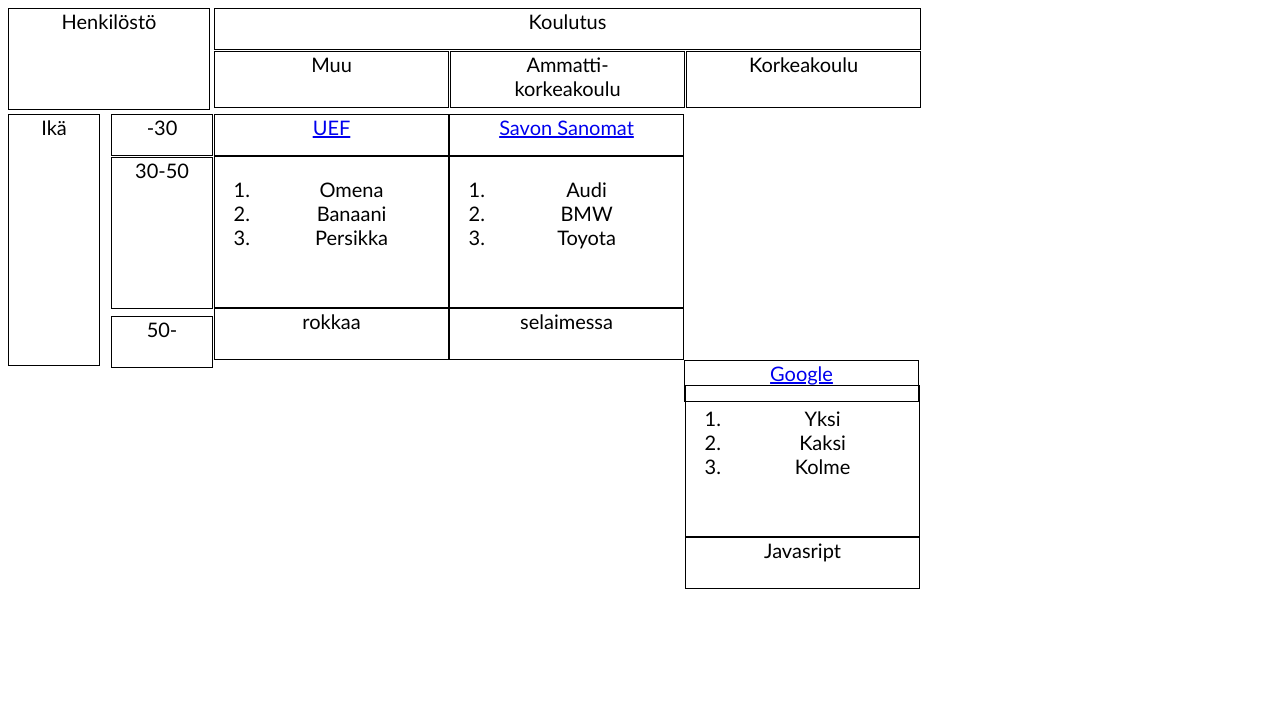
Repository: Niina-Maria/tehtavat-12-17-Niina-Maria2
Page: teht14.html
These files come from the project's save history. The page is drawn as it stood at one moment and after the next save; the edit follows.
The browser window is 1280 px wide. The pictures show the whole page.

Above is the page before, as saved 2024-11-18 15:08:40.

### teht14.html
<!DOCTYPE html>
<html>
    <head><link rel="stylesheet" href="teht14.css"></head>
    <body>
        <div class="grid-container">

                <div class="header">Henkilöstö</div>
                <div class="header2">Koulutus</div>

                <div class="main">Muu</div>
                <div class="main2">Ammatti-<br>korkeakoulu</div>
                <div class="main3">Korkeakoulu</div>


                <div class="navMain">Ikä</div>
                <div class="navMain2">-30</div>
                <div class="navMain3">30-50</div>
                <div class="navMain4">50-</div>

                <div>
                <div class="main4"><a href="www.google.com">Google</a></dive>
                <div class="main7">
                    <ol>
                        <li>Yksi</li>
                        <li>Kaksi</li>
                        <li>Kolme</li>
                    </ol>
                </div>
                <div class="footer">Javasript</div>
                </div>

                <div>
                <div class="main5"><a href="https://www.uef.fi/fi">UEF</a></div>
                <div class="main8">
                    <ol>
                    <li>Omena</li>
                    <li>Banaani</li>
                    <li>Persikka</li>
                </ol>
                </div>
                <div class="footer2">rokkaa</div>
            </div>
            <div>

                <div class="main6"><a href="https://www.savonsanomat.fi/">Savon Sanomat</a></div>
                <div class="main9">
                    <ol>
                        <li>Audi</li>
                        <li>BMW</li>
                        <li>Toyota</li>
                    </ol>
                </div>
                <div class="footer3">selaimessa</div>
            </div>





             <!--    <div class="main7">
                    <ol>
                        <li>Yksi</li>
                        <li>Kaksi</li>
                        <li>Kolme</li>
                    </ol>
                </div> -->

               <!--  <div class="main8">
                    <ol>
                    <li>Omena</li>
                    <li>Banaani</li>
                    <li>Persikka</li>
                </ol>
                </div> -->


          <!--       <div class="main9">
                    <ol>
                        <li>Audi</li>
                        <li>BMW</li>
                        <li>Toyota</li>
                    </ol>
                </div> -->


                <!-- <div class="footer">Javasript</div> -->
                <!-- <div class="footer2">rokkaa</div> -->
                <!-- <div class="footer3">selaimessa</div>    -->
            </div>


        </body>
    </html>



            <!-- <tr>
                <tr>
                    <th rowspan="6">Ikä</th>
                    <th >-30</th>
                    <td><a href="www.google.com">Google</a></td>
                    <td><a href="https://www.uef.fi/fi">UEF</a></td>
                    <td><a href="https://www.savonsanomat.fi/">Savon Sanomat</a></td>
                </tr>
                <tr>
                    <th>30-50</th>
                    <td>
                        <ol>
                            <li>Yksi</li>
                            <li>Kaksi</li>
                            <li>Kolme</li>
                        </ol>
                    </td>
                    <td>
                        <ol>
                            <li>Omena</li>
                            <li>Banaani</li>
                            <li>Persikka</li>
                        </ol>
                    </td>
                    <td>
                        <ol>
                            <li>Audi</li>
                            <li>BMW</li>
                            <li>Toyota</li>
                    </ol>
                    </td>
                </tr>

                <tr>
                    <th>50-</th>
                    <td style="font-size:30px; "><strong><em>Javascript</em></strong></td>
                    <td style="font-size:30px; "><strong><em>rokkaa</em></strong></td>
                    <td style="font-size:30px; "><strong><em>selaimessa</em></strong></td>
                </tr>
            </tr> -->

### teht14.css

.grid-container{
    display: grid;
    width: 75%;
    grid-template-columns: 100px 100px 233px 233px 233px;
    grid-template-areas:
    "header header header2 header2 header2"
    "header header main main2 main3"
    "navMain navMain2 main4 main5 main6"
    "navMain navMain3 main7 main8 main9"
    "navMain navMain3 main7 main8 main9"
    "navMain navMain3 main7 main8 main9"
    "navMain navMain4 footer footer2 footer3";
    grid-template-rows: 40px 60px 40px 50px 50px 50px 50px;
    gap: 3px;

    }

.grid-container > div {
    text-align: center;
    font-size: 20px;
    display: grid;
    }

.header {
    grid-area: header;
    grid-column: 1/span2;
    grid-row: 1/span 2;
    border-width: 1px;
    border-style: solid;
    font-size: 20px;
    font-family: 'Gill Sans', 'Gill Sans MT', Calibri, 'Trebuchet MS', sans-serif;
    font-style: bold;
    text-align: center;
    height: 100px;
    width: 200px;
    }

.header2 {
    grid-area: header2;
    grid-column: 3/span 3;
    grid-row: 1/span 1;
    font-size: 20px;
    font-family: 'Gill Sans', 'Gill Sans MT', Calibri, 'Trebuchet MS', sans-serif;
    font-style: bold;
    text-align: center;
    border-width: 1px;
    border-style: solid;
    width: 100%;
    height: 40px;
    }

.navMain{
    grid-area: navMain;
    grid-column: 1;
    grid-row: 3/span 4;
    font-size: 20px;
    font-family: 'Gill Sans', 'Gill Sans MT', Calibri, 'Trebuchet MS', sans-serif;
    font-style: bold;
    text-align: center;
    width: 90%;
    height: 250px;
    border-width: 1px;
    border-style: solid;
}

.navMain2 {
    grid-area: navMain2;
    grid-column: 2 ;
    grid-row: 3;
    font-size: 20px;
    font-family: 'Gill Sans', 'Gill Sans MT', Calibri, 'Trebuchet MS', sans-serif;
    font-style: bold;
    text-align: center;
    width: 100px;
    height: 40px;
    border-width: 1px;
    border-style: solid;
}


.main{
    grid-area: main;
    grid-column: 3;
    grid-row: 2;
    font-size: 20px;
    font-family: 'Gill Sans', 'Gill Sans MT', Calibri, 'Trebuchet MS', sans-serif;
    font-style: bold;
    text-align: center;
    border-width: 1px;
    border-style: solid;
    height: 55px;
    width: 233px;

}

.main2 {
    grid-area: main2;
    grid-column: 4;
    grid-row: 2;
    font-size: 20px;
    font-family: 'Gill Sans', 'Gill Sans MT', Calibri, 'Trebuchet MS', sans-serif;
    font-style: bold;
    text-align: center;
    border-width: 1px;
    border-style: solid;
    height: 55px;
    width: 233px;
}

.main3{
    grid-area: main3;
    grid-column: 5;
    grid-row: 2;
    font-size: 20px;
    font-family: 'Gill Sans', 'Gill Sans MT', Calibri, 'Trebuchet MS', sans-serif;
    font-style: bold;
    text-align: center;
    border-width: 1px;
    border-style: solid;
    height: 55px;
    width: 233px;
}



.main4 {
    grid-area: main4;
    grid-column: 3 /span 1;
    grid-row: 3;
    font-size: 20px;
    font-family: 'Gill Sans', 'Gill Sans MT', Calibri, 'Trebuchet MS', sans-serif;
    font-style: bold;
    text-align: center;
    border-width: 1px;
    border-style: solid;
    height: 40px;
    width: 233px;
}

.main5{
    grid-area: main5;
    grid-column: 4/span 1;
    grid-row: 3;
    font-size: 20px;
    font-family: 'Gill Sans', 'Gill Sans MT', Calibri, 'Trebuchet MS', sans-serif;
    font-style: bold;
    text-align: center;
    border-width: 1px;
    border-style: solid;
    height: 40px;
    width: 233px;
}
.main6{
    grid-area: main6;
    grid-column: 5/span 1;
    grid-row: 3;
    font-size: 20px;
    font-family: 'Gill Sans', 'Gill Sans MT', Calibri, 'Trebuchet MS', sans-serif;
    font-style: bold;
    text-align: center;
    border-width: 1px;
    border-style: solid;
    height: 40px;
    width: 233px;}


.navMain3 {
        grid-area: navMain3;
        grid-column: 2;
        grid-row: 4/span 3;
        font-size: 20px;
        font-family: 'Gill Sans', 'Gill Sans MT', Calibri, 'Trebuchet MS', sans-serif;
        font-style: bold;
        text-align: center;
        width: 100px;
        height: 150px;
        border-width: 1px;
        border-style: solid;
    }

.main7{
        grid-area: main7;
        grid-column: 3/span 1;
        grid-row: 4/span 3;
        font-size: 20px;
        font-family: 'Gill Sans', 'Gill Sans MT', Calibri, 'Trebuchet MS', sans-serif;
        font-style: bold;
        text-align: center;
        border-width: 1px;
        border-style: solid;
        height: 150px;
        width: 233px;
    }

.main8{
        grid-area: main8;
        grid-column: 4;
        grid-row: 4/span 3;
        font-size: 20px;
        font-family: 'Gill Sans', 'Gill Sans MT', Calibri, 'Trebuchet MS', sans-serif;
        font-style: bold;
        text-align: center;
        border-width: 1px;
        border-style: solid;
        height: 150px;
        width: 233px;
    }


    .main9{
        grid-area: main9;
        grid-column: 5;
        grid-row: 4/span 3;
        font-size: 20px;
        font-family: 'Gill Sans', 'Gill Sans MT', Calibri, 'Trebuchet MS', sans-serif;
        font-style: bold;
        text-align: center;
        border-width: 1px;
        border-style: solid;
        height: 150px;
        width: 233px;
    }

    .navMain4 {
        grid-area: navMain4;
        grid-column: 2/span 1;
        grid-row: 7/span 1;
        font-size: 20px;
        font-family: 'Gill Sans', 'Gill Sans MT', Calibri, 'Trebuchet MS', sans-serif;
        font-style: bold;
        text-align: center;
        width: 100px;
        height: 50px;
        border-width: 1px;
        border-style: solid;
    }
    .footer {
        grid-area: footer;
        grid-column: 3/span 1;
        grid-row: 7/span 1;
        font-size: 20px;
        font-family: 'Gill Sans', 'Gill Sans MT', Calibri, 'Trebuchet MS', sans-serif;
        font-style: bold;
        text-align: center;
        width: 233px;
        height: 50px;
        border-width: 1px;
        border-style: solid;
    }

    .footer2 {
        grid-area: footer2;
        grid-column: 4/span 1;
        grid-row: 7/span 1;
        font-size: 20px;
        font-family: 'Gill Sans', 'Gill Sans MT', Calibri, 'Trebuchet MS', sans-serif;
        font-style: bold;
        text-align: center;
        width: 233px;
        height: 50px;
        border-width: 1px;
        border-style: solid;
    }

    .footer3 {
        grid-area: footer3;
        grid-column: 5/span 1;
        grid-row: 7/span 1;
        font-size: 20px;
        font-family: 'Gill Sans', 'Gill Sans MT', Calibri, 'Trebuchet MS', sans-serif;
        font-style: bold;
        text-align: center;
        width: 233px;
        height: 50px;
        border-width: 1px;
        border-style: solid;
    }

After the next save:
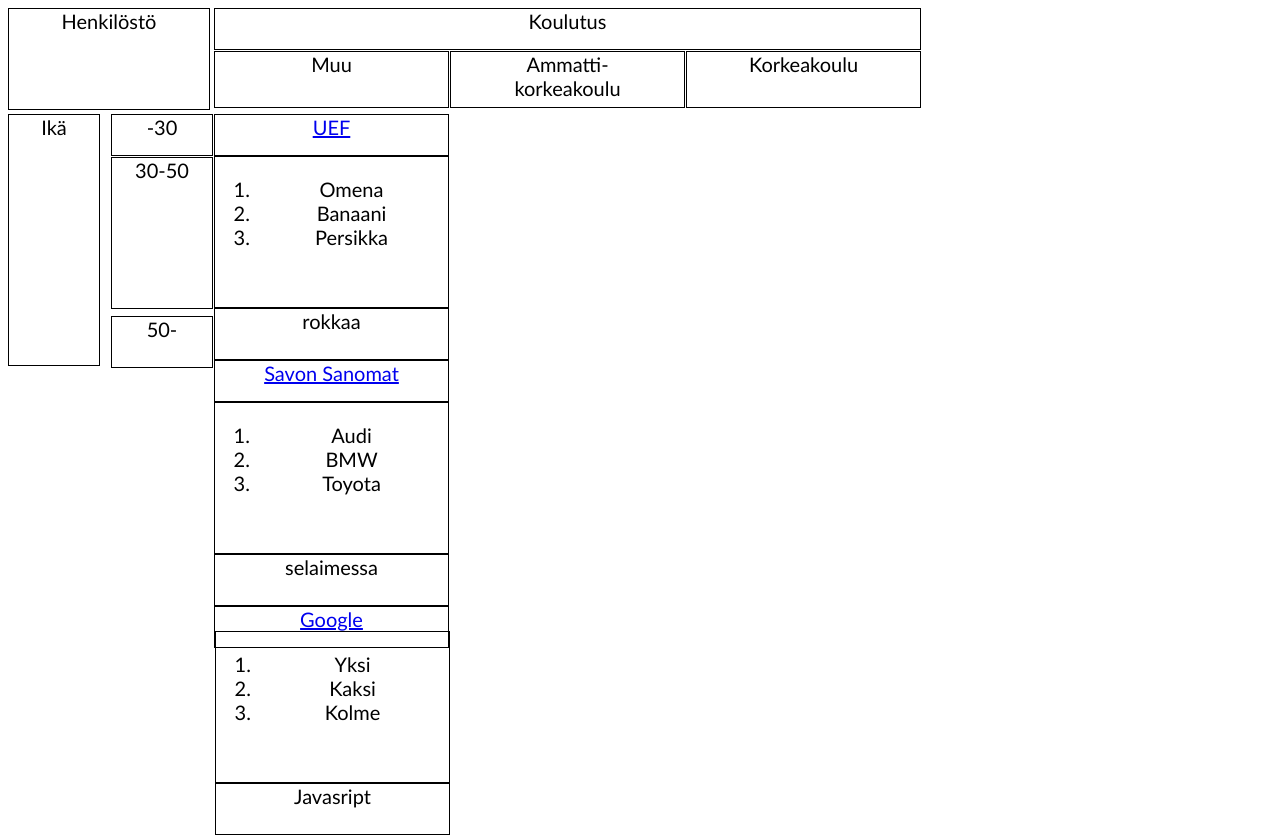
Saved 56 s later.
--- a/teht14.css
+++ b/teht14.css
@@ -126,7 +126,7 @@
 
 .main4 {
     grid-area: main4;
-    grid-column: 3 /span 1;
+    grid-column: 1 /span 1;
     grid-row: 3;
     font-size: 20px;
     font-family: 'Gill Sans', 'Gill Sans MT', Calibri, 'Trebuchet MS', sans-serif;
@@ -140,7 +140,7 @@
 
 .main5{
     grid-area: main5;
-    grid-column: 4/span 1;
+    grid-column: 2/span 1;
     grid-row: 3;
     font-size: 20px;
     font-family: 'Gill Sans', 'Gill Sans MT', Calibri, 'Trebuchet MS', sans-serif;
@@ -153,7 +153,7 @@
 }
 .main6{
     grid-area: main6;
-    grid-column: 5/span 1;
+    grid-column: 3/span 1;
     grid-row: 3;
     font-size: 20px;
     font-family: 'Gill Sans', 'Gill Sans MT', Calibri, 'Trebuchet MS', sans-serif;
@@ -181,7 +181,7 @@
 
 .main7{
         grid-area: main7;
-        grid-column: 3/span 1;
+        grid-column: 1/span 1;
         grid-row: 4/span 3;
         font-size: 20px;
         font-family: 'Gill Sans', 'Gill Sans MT', Calibri, 'Trebuchet MS', sans-serif;
@@ -196,7 +196,7 @@
 .main8{
         grid-area: main8;
         grid-column: 4;
-        grid-row: 4/span 3;
+        grid-row: 1/span 3;
         font-size: 20px;
         font-family: 'Gill Sans', 'Gill Sans MT', Calibri, 'Trebuchet MS', sans-serif;
         font-style: bold;

After the 3 saves that followed:
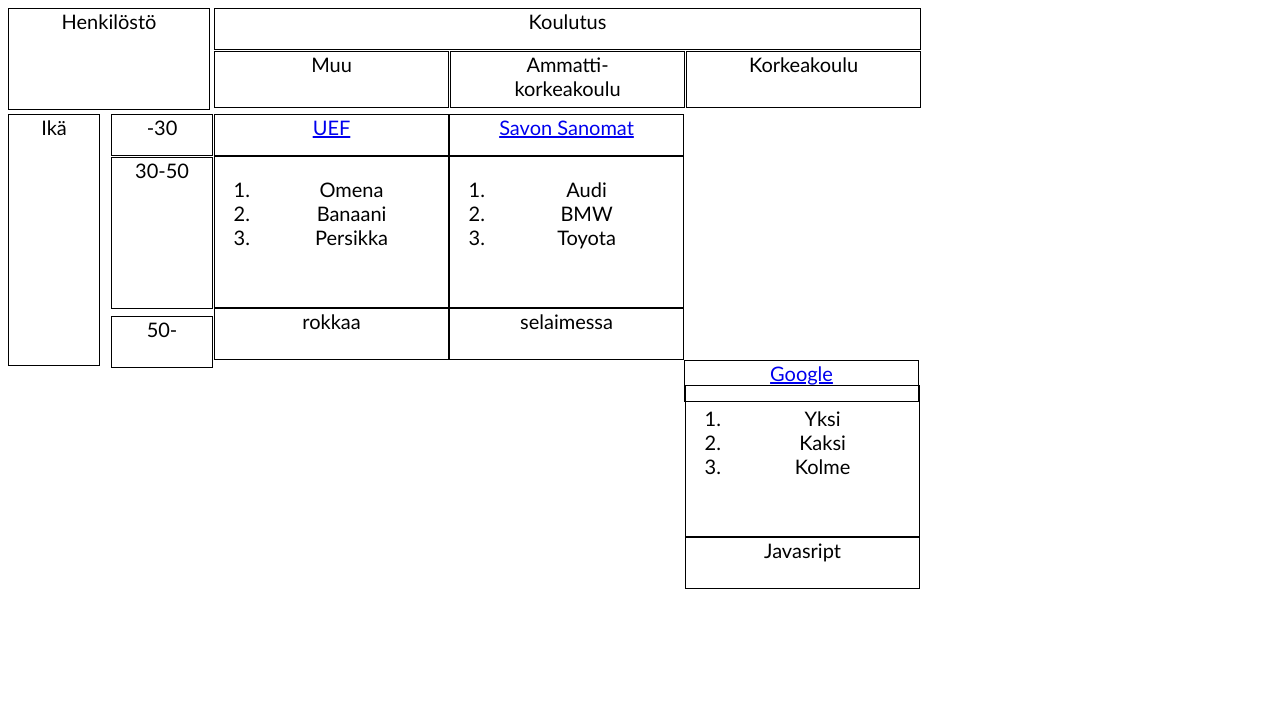
The 3 saves are shown as one change because 2 left the picture as it was.
The last was saved 96 s later.
--- a/teht14.css
+++ b/teht14.css
@@ -126,7 +126,7 @@
 
 .main4 {
     grid-area: main4;
-    grid-column: 1 /span 1;
+    grid-column: 3 /span 1;
     grid-row: 3;
     font-size: 20px;
     font-family: 'Gill Sans', 'Gill Sans MT', Calibri, 'Trebuchet MS', sans-serif;
@@ -140,7 +140,7 @@
 
 .main5{
     grid-area: main5;
-    grid-column: 2/span 1;
+    grid-column: 4/span 1;
     grid-row: 3;
     font-size: 20px;
     font-family: 'Gill Sans', 'Gill Sans MT', Calibri, 'Trebuchet MS', sans-serif;
@@ -153,7 +153,7 @@
 }
 .main6{
     grid-area: main6;
-    grid-column: 3/span 1;
+    grid-column: 5/span 1;
     grid-row: 3;
     font-size: 20px;
     font-family: 'Gill Sans', 'Gill Sans MT', Calibri, 'Trebuchet MS', sans-serif;
@@ -181,7 +181,7 @@
 
 .main7{
         grid-area: main7;
-        grid-column: 1/span 1;
+        grid-column: 3/span 1;
         grid-row: 4/span 3;
         font-size: 20px;
         font-family: 'Gill Sans', 'Gill Sans MT', Calibri, 'Trebuchet MS', sans-serif;
@@ -195,7 +195,7 @@
 
 .main8{
         grid-area: main8;
-        grid-column: 4;
+        grid-column: 4/span1;
         grid-row: 1/span 3;
         font-size: 20px;
         font-family: 'Gill Sans', 'Gill Sans MT', Calibri, 'Trebuchet MS', sans-serif;
